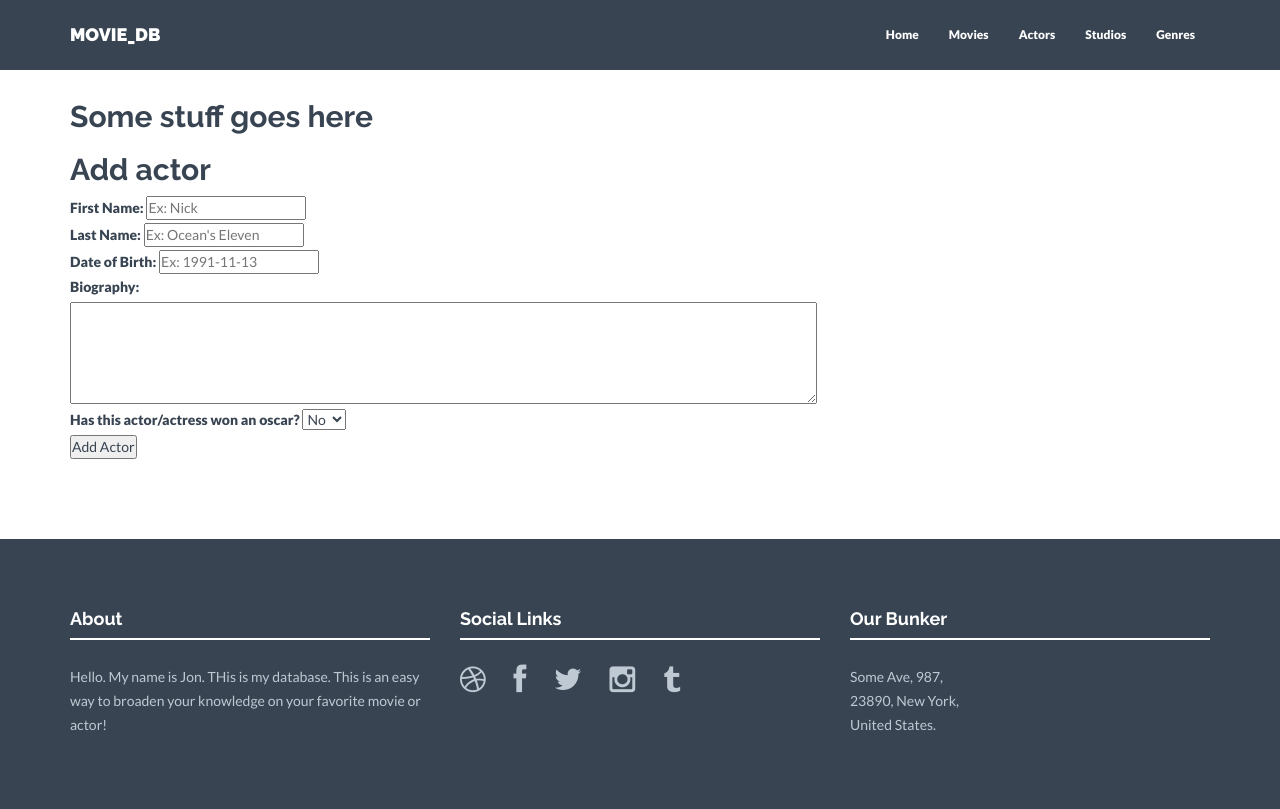
Repository: jonak91/Buzzerd-index
Page: http://localhost/add_actor.php
The author's editor kept a record of every edit. The page is drawn from the files as they stood at one moment, then again after the next edit.
The browser window is 1280 px wide. The pictures show the whole page.
Some web libraries are served in a nearby version. The page is run by PHP 8.4 with error messages shown; the project is at /var/www/html/.

Above is the page before.
Not found: assets/js/modernizr.js

### add_actor.php
<?php require_once( 'incl/functions.php' ); ?>
<?php require_once( 'incl/header.php' ); ?>

 <div class="container mtb">
	 	<div class="row">

	 		<?php
			  if(isset($_POST['submit'])){
					add_actor($_POST);
				}
		?>

	 		<! -- MAIN CONTENAT AREA -->
	 		<div class="col-lg-8">
		 			<h2>Some stuff goes here</h2>
						<h2>Add actor</h2>
						<form method="post" name="add_actor">
								<div>
									<label for="first_name">First Name:</label> <input type="text" name="first_name" placeholder="Ex: Nick" />
								</div>
								<div>
									<label for="last_name">Last Name:</label> <input type="text" name="last_name" placeholder="Ex: Ocean's Eleven" />
								</div>
								<div>
									<label for="dob">Date of Birth:</label> <input type="text" name="dob" placeholder="Ex: 1991-11-13" />
								</div>
								<div>
									<label for="bio">Biography:</label> <textarea name="bio" rows="5" cols="100"></textarea>
								</div>
								<div>
								<label for="won_oscar"> Has this actor/actress won an oscar?</label>
									<select name="won_oscar">
										<option value="0">No</option>
										<option value="1">Yes</option>
									</select>
							</div>
							<input type="submit" name="submit" value="Add Actor" />
						</form>


			</div><! --/ MAIN CONTENT AREA -->
	 	</div><! --/row -->
	 </div><! --/container -->

<?php require_once( 'incl/footer.php' ); ?>

### incl/functions.php
<?php
require_once('database.php');

$host= '127.0.0.1';
$u= 'jonak91';
$p = '';
$d= 'movies';

global $db;
$db= new Database($d, $u, $p, $host);

function get_movies(){
	$db = $GLOBALS['db'];
	$results = $db->query("SELECT * FROM movies"); //updated
	return $db->resToArray($results);
}

function get_actors(){
	$db= $GLOBALS['db'];
	$results = $db->query("SELECT * FROM actors ORDER BY 'first_name'"); //updated
	return $db->resToArray($results);
}

function get_studios(){
	$db= $GLOBALS['db'];
	$results = $db->query("SELECT * FROM studio"); //updated
	return $db->resToArray($results);
}

function get_genres(){
	$db= $GLOBALS['db'];
	$results = $db->query("SELECT * FROM genre"); //updated
	return $db->resToArray($results);
}

function get_movie($mID){
	$db= $GLOBALS['db'];
	$query= "SELECT * FROM movies WHERE mID = '$mID'"; //updated
	return $db->get_row($query);
}

function get_actor($aID){
	$db= $GLOBALS['db'];
	$query= "SELECT * FROM actors WHERE aID = '$aID'"; //updated
	return $db->get_row($query);
}

function get_studio($sID){
	$db= $GLOBALS['db'];
	$query= "SELECT * FROM studio WHERE sID = '$sID'"; //updated
	return $db->get_row($query);
}

function get_genre($gID){
	$db= $GLOBALS['db'];
	$query= "SELECT * FROM genre WHERE gID = '$gID'"; //updated
	return $db->get_row($query);
}

function get_moviesfromstudio($id){  //works
	$db= $GLOBALS['db'];
	$results= $db->query("SELECT * FROM movies JOIN studio ON movies.studioID = studio.sID WHERE studio.sID = '$id'");
	return $db->resToArray($results);
}






















function add_movie($info){
	$db= $GLOBALS['db'];
	extract($info);
	$submitted= $db->query("INSERT INTO movies VALUES('', '$title', '$year_released', '$synopsis', '$was_novel', '$studioID', CURRENT_TIMESTAMP)");

	if($submitted){
		print "<h3>$title submitted!</h3>";
	}
}

function add_actor($info){
	$db= $GLOBALS['db'];
	extract($info);
	$submitted= $db->query("INSERT INTO actors VALUES('', '$first_name', '$last_name', '$dob', '$bio', '$won_oscar', CURRENT_TIMESTAMP)");

	if($submitted){
		print "<h3>$first_name $last_name submitted!</h3>";
	}
}

function add_genre($info){
	$db= $GLOBALS['db'];
	extract($info);
	$submitted= $db->query("INSERT INTO movie_genre VALUES('', '$mgID', '$movieID', '$genreID', CURRENT_TIMESTAMP)");

	if($submitted){
		print "<h3>$title submitted!</h3>";
	}
}

function add_studio($info){
	$db= $GLOBALS['db'];
	extract($info);
	$submitted= $db->query("INSERT INTO studio VALUES('', '$sID', '$name', '$city', '$state', '$zip', CURRENT_TIMESTAMP)");

	if($submitted){
		print "<h3>$title submitted!</h3>";
	}
}

function print_array( $a ) {
?>
  <pre>
  <?php var_dump( $a ); ?>
  </pre>
<?php
}
?>

### incl/database.php
<?php
class Database{
        var $dbName;
        var $user;
        var $password;
        var $host;
        var $lastID;
        var $dbConn;

        //constructor
        function __construct($db, $u, $p, $h){
                $this->dbName= $db;
                $this->user= $u;
                $this->password= $p;
                $this->host= $h;

                //metadata to get entire table list?
        }

        //any query
        function query($query){
                        $this->dbConn= new mysqli($this->host, $this->user, $this->password, $this->dbName);
                        if($this->dbConn->connect_errno > 0){
                                die('Unable to connect to database [' . $dbh->connect_error . ']');
                        }

                        $result= $this->dbConn->query($query) or die('There was an error running the query [' . $this->dbConn->error . ']');
                        $this->lastID= $this->dbConn->insert_id;
                        $this->dbConn->close();

                        return $result;
        }

        function resToArray($res){
                $data= array();
                while($info= mysqli_fetch_assoc($res)){
                        $data[]= $info;
                }

                return $data;
        }

        function get_column($query){

                $res= $this->query($query);

                $data= array();

                while($info= mysqli_fetch_assoc($res)){
                        $key= array_keys($info);
                        $key= $key[0];
                        $data[]= $info[$key];
                }

                return $data;
        }

        function get_row($query){
                $res= $this->query($query);
                $res= $this->resToArray($res);

            return ($res == false) ? $res : $res[0];
        }

        function get_var($query){
                $res= $this->query($query);

                $info= mysqli_fetch_array($res);

                return $info[0];
        }


        function get_mysql_timestamp(){
                return date('Y-m-d H:i:s', time());
        }

        function print_array( $a ) {
        ?>
          <pre>
          <?php var_dump( $a ); ?>
          </pre>
        <?php
        }


        function clean_array($info){
                foreach($info as $key => $val){
                        $info["$key"]= $this->clean($val);
                }

                return $info;
        }


        function clean($a){
                $this->dbConn= new mysqli($this->host, $this->user, $this->password, $this->dbName);
                $a= $this->dbConn->real_escape_string($a);
                $this->dbConn->close();

                return $a;
        }

}


?>

### incl/header.php
<!DOCTYPE html>
<html lang="en">
  <head>
    <meta charset="utf-8">
    <meta http-equiv="X-UA-Compatible" content="IE=edge">
    <meta name="viewport" content="width=device-width, initial-scale=1">
    <meta name="description" content="">
    <meta name="author" content="">
    <link rel="shortcut icon" href="assets/ico/favicon.ico">

    <title>SOLID - Bootstrap 3 Theme</title>

    <!-- Bootstrap core CSS -->
    <link href="assets/css/bootstrap.css" rel="stylesheet">

    <!-- Custom styles for this template -->
    <link href="assets/css/style.css" rel="stylesheet">
    <link href="assets/css/font-awesome.min.css" rel="stylesheet">


    <!-- Just for debugging purposes. Don't actually copy this line! -->
    <!--[if lt IE 9]><script src="../../assets/js/ie8-responsive-file-warning.js"></script><![endif]-->

    <!-- HTML5 shim and Respond.js IE8 support of HTML5 elements and media queries -->
    <!--[if lt IE 9]>
      <script src="https://oss.maxcdn.com/libs/html5shiv/3.7.0/html5shiv.js"></script>
      <script src="https://oss.maxcdn.com/libs/respond.js/1.4.2/respond.min.js"></script>
    <![endif]-->

    <script src="assets/js/modernizr.js"></script>
  </head>

  <body>

    <!-- Fixed navbar -->
    <div class="navbar navbar-default navbar-fixed-top" role="navigation">
      <div class="container">
        <div class="navbar-header">
          <button type="button" class="navbar-toggle" data-toggle="collapse" data-target=".navbar-collapse">
            <span class="sr-only">Toggle navigation</span>
            <span class="icon-bar"></span>
            <span class="icon-bar"></span>
            <span class="icon-bar"></span>
          </button>
          <a class="navbar-brand" href="index.php">MOVIE_DB</a>
        </div>
        <div class="navbar-collapse collapse navbar-right">
          <ul class="nav navbar-nav">
            <li><a href="index.php">Home</a></li>
            <li><a href="movies.php">Movies</a></li>
            <li><a href="actors.php">Actors</a></li>
            <li><a href="studios.php">Studios</a></li>
            <li><a href="genres.php">Genres</a></li>
          </ul>
        </div><!--/.nav-collapse -->
      </div>
    </div>

### incl/footer.php


	<!-- *****************************************************************************************************************
	 FOOTER
	 ***************************************************************************************************************** -->
	 <div id="footerwrap">
	 	<div class="container">
		 	<div class="row">
		 		<div class="col-lg-4">
		 			<h4>About</h4>
		 			<div class="hline-w"></div>
		 			<p>Hello. My name is Jon. THis is my database. This is an easy way to broaden your knowledge on your favorite movie or actor!</p>
		 		</div>
		 		<div class="col-lg-4">
		 			<h4>Social Links</h4>
		 			<div class="hline-w"></div>
		 			<p>
		 				<a href="#"><i class="fa fa-dribbble"></i></a>
		 				<a href="#"><i class="fa fa-facebook"></i></a>
		 				<a href="#"><i class="fa fa-twitter"></i></a>
		 				<a href="#"><i class="fa fa-instagram"></i></a>
		 				<a href="#"><i class="fa fa-tumblr"></i></a>
		 			</p>
		 		</div>
		 		<div class="col-lg-4">
		 			<h4>Our Bunker</h4>
		 			<div class="hline-w"></div>
		 			<p>
		 				Some Ave, 987,<br/>
		 				23890, New York,<br/>
		 				United States.<br/>
		 			</p>
		 		</div>

		 	</div><! --/row -->
	 	</div><! --/container -->
	 </div><! --/footerwrap -->

    <!-- Bootstrap core JavaScript
    ================================================== -->
    <!-- Placed at the end of the document so the pages load faster -->
    <script src="https://ajax.googleapis.com/ajax/libs/jquery/1.11.0/jquery.min.js"></script>
    <script src="assets/js/bootstrap.min.js"></script>
	<script src="assets/js/retina-1.1.0.js"></script>
	<script src="assets/js/jquery.hoverdir.js"></script>
	<script src="assets/js/jquery.hoverex.min.js"></script>
	<script src="assets/js/jquery.prettyPhoto.js"></script>
  	<script src="assets/js/jquery.isotope.min.js"></script>
  	<script src="assets/js/custom.js"></script>


  </body>
</html>

### assets/css/style.css
/*	################################################################

	Author: Carlos Alvarez
	URL: http://alvarez.is

	Project Name: SOLID - Bootstrap 3 Theme
	Version: 1.0
	URL: http://alvarez.is

################################################################# */
@import url(http://fonts.googleapis.com/css?family=Raleway:400,700,900);
@import url(http://fonts.googleapis.com/css?family=Lato:400,900);
@import url("prettyPhoto.css") screen;
@import url("hoverex-all.css") screen;

/*	################################################################
	1. GENERAL STRUCTURES
################################################################# */
	* {
		margin: 0;
		padding: 0px;
	}

body {
	background: #ffffff;
	margin: 0;
	height: 100%;
	color: #384452;
	font-family: 'Lato', sans-serif;
	font-weight: 400;
	}

h1, h2, h3, h4, h5, h6 {
	font-family: 'Raleway', sans-serif;
	font-weight: 700;
}

p {
	padding: 0;
	margin-bottom: 12px;
	font-family: 'Lato', sans-serif;
	font-weight: 400;
	font-size: 14px;
	line-height: 24px;
	color: #384452;
	margin-top: 10px;
}

img {
	height: auto;
	max-width: 100%;
}

a {
	padding: 0;
	margin: 0;
	text-decoration: none;
	-webkit-transition: background-color .4s linear, color .4s linear;
	-moz-transition: background-color .4s linear, color .4s linear;
	-o-transition: background-color .4s linear, color .4s linear;
	-ms-transition: background-color .4s linear, color .4s linear;
	transition: background-color .4s linear, color .4s linear;
}
a:hover,
a:focus {
  text-decoration: none;
  color:#01b2fe;
}

::-moz-selection  {
	color: #fff;
	text-shadow:none;
	background:#2B2E31;
}
::selection {
	color: #fff;
	text-shadow:none;
	background:#2B2E31;
}

.centered {
	text-align: center
}

/*	################################################################
	BOOTSTRAP MODIFICATIONS & TWEAKS
################################################################# */
.navbar {
	min-height: 70px;
	padding-top: 10px;
	margin-bottom: 0px;
}

.navbar-brand {
	font-family: 'Raleway', sans-serif;
	font-weight: 900;
}

.navbar-header .navbar-brand {
	color: white;
}

.navbar-default .navbar-nav > li > a {
	color: white;
	font-weight: 700;
	font-size: 12px;
}

.navbar-default .navbar-nav > li > a:hover {
	color: #00b3fe;
}

.navbar-default .navbar-nav > .active > a, .navbar-default .navbar-nav > .active > a:hover, .navbar-default .navbar-nav > .active > a:focus {
	color: #00b3fe;
	background-color: transparent;
}

.navbar-default {
	background-color: #384452;
	border-color: transparent;
}

.dropdown-menu {
	background: #384452;
}

.dropdown-menu > li > a {
	color: white;
	font-weight: 700;
	font-size: 12px;
}

.btn-theme {
  color: #fff;
  background-color: #384452;
  border-color: #384452;
  margin: 4px;
}
.btn-theme:hover,
.btn-theme:focus,
.btn-theme:active,
.btn-theme.active,
.open .dropdown-toggle.btn-theme {
  color: #fff;
  background-color: #00b3fe;
  border-color: #00b3fe;
}

.dmbutton:hover,
.dmbutton:active,
.dmbutton:focus{
	color: #ffffff;
	background-color: #222222;
	border-color: #ffffff;
}
.dmbutton {
	background:rgba(0, 0, 0, 0);
	border: 1px solid #ffffff;
	color: #ffffff;
	-webkit-border-radius: 2px;
	border-radius: 2px;
	padding-top: 1.025rem;
	padding-right: 2.25rem;
	letter-spacing:0.85px;
	padding-bottom: 1.0875rem;
	padding-left: 2.25rem;
	font-size: 1.55rem;
	cursor: pointer;
	font-weight: normal;
	line-height: normal;
	margin: 0 0 1.25rem;
	text-decoration: none;
	text-align: center;
	display: inline-block;
	-webkit-transition: background-color 300ms ease-out;
	-moz-transition: background-color 300ms ease-out;
	transition: background-color 300ms ease-out;
	-webkit-appearance: none;
	font-weight: normal !important;
}

.mtb {
	margin-top: 80px;
	margin-bottom: 80px;
}

.mb {
	margin-bottom: 60px;
}

.mt {
	margin-top: 60px;
}

.hline {
	border-bottom: 2px solid #384452;
}

.hline-w {
	border-bottom: 2px solid #ffffff;
	margin-bottom: 25px;
}
/*	################################################################
	SITE WRAPS
################################################################# */

#headerwrap {
	background-color: #00b3fe;
	min-height: 550px;
	padding-top: 100px;
	padding-bottom: 0px;
	text-align: center;
}

#headerwrap h3, h5 {
	color: white;
	font-weight: 400;
}

#headerwrap h1 {
	color: white;
	margin-bottom: 25px;
}

#headerwrap .img-responsive {
	margin: 0 auto;
}

/* Services Wrap */
#service {
	margin-top: 100px;
	margin-bottom: 80px;
}

#service i {
	color: #00b3fe;
	font-size: 60px;
	padding: 15px;
}

/* Portfolio Wrap */
#portfoliowrap {
	padding-top: 60px;
	margin-bottom: 60px;
	display: block;
	text-align: center
}

#portfoliowrap h3 {
	margin-bottom: 25px;
}

.portfolio {
	padding:0 !important;
	margin:0 !important;
	display:block;
}


.portfolio-item .title:before {border-radius:0; display:none}
.portfolio-item p {margin:0px 0 30px;}
.portfolio-item h3 {margin:-10px 0 10px; font-size:16px; text-transform:uppercase;}


.tpl6 h3
{
	color:#fff;
	margin:0;
	padding:40px 5px 0;
	font-size:16px;
	text-transform:uppercase;
}
.tpl6 .dmbutton
{
	display:inline-block;
	margin:30px 5px 20px 5px;
	font-size:13px;
}

.tpl6 .bg
{
	height:100%;
	width:100%;
	background-color:#00b3fe;
	background-color:rgba(0,179,254,.9);
	text-align:center;
}

/* Testimonials Wrap */
#twrap {
	background: url(../img/t-back.jpg) no-repeat center top;
	margin-top: 0px;
	padding-top:60px;
	text-align:center;
	background-attachment: relative;
	background-position: center center;
	min-height: 450px;
	width: 100%;

    -webkit-background-size: 100%;
    -moz-background-size: 100%;
    -o-background-size: 100%;
    background-size: 100%;

    -webkit-background-size: cover;
    -moz-background-size: cover;
    -o-background-size: cover;
    background-size: cover;
}

#twrap i {
	font-size: 50px;
	color: white;
	margin-bottom: 25px;
}

#twrap p {
	color: white;
	font-size: 15px;
	line-height: 30px;
}

/* clients logo */
#cwrap {
	background: #f7f7f7;
	margin-top: 0px;
	padding-top: 80px;
	padding-bottom: 100px;
}

#cwrap h3 {
	margin-bottom: 60px;
}

/* Footer */
#footerwrap {
	padding-top: 60px;
	padding-bottom: 60px;
	background: #384452;
}

#footerwrap p {
	color: #bfc9d3;
}

#footerwrap h4 {
	color: white;
}

#footerwrap i {
	font-size: 30px;
	color: #bfc9d3;
	padding-right: 25px;
}

#footerwrap i:hover {
	color: #00b3fe
}

/*	################################################################
	PAGE CONFIGURATIONS
################################################################# */
/* General Tweaks */

#blue {
	background: #00b3fe;
	margin-top: 60px;
	margin-bottom: 60px;
	padding-top: 25px;
	padding-bottom: 25px;
}

#blue h3 {
	color: white;
	margin-left: 15px;
}

.ctitle {
	color: #00b3fe;
	font-weight: 700;
	margin-bottom: 15px;
}

csmall {
	font-size: 12px;
	color: #b3b3b3;
}
csmall2 {
	font-size: 12px;
	color: #f39c12
}

.spacing {
	margin-top: 40px;
	margin-bottom: 40px;
}

.badge-theme {
	background: #00b3fe;
}

/* Contact Page */
#contactwrap {
	background: url(../img/contact.jpg) no-repeat center top;
	margin-top: -60px;
	padding-top:0px;
	text-align:center;
	background-attachment: relative;
	background-position: center center;
	min-height: 400px;
	width: 100%;

    -webkit-background-size: 100%;
    -moz-background-size: 100%;
    -o-background-size: 100%;
    background-size: 100%;

    -webkit-background-size: cover;
    -moz-background-size: cover;
    -o-background-size: cover;
    background-size: cover;
}

/* Blog Page */
.popular-posts {
	margin: 0px;
	padding-left: 0px;
	}

.popular-posts li {
	list-style: none;
	margin-bottom: 20px;
	min-height: 70px;
}
.popular-posts li a,
.popular-posts li a:hover {
	color:#2f2f2f;
	text-decoration: none;
	}

.popular-posts li img {
	float: left;
	margin-right: 20px;
	}

.popular-posts li em {
	font-family: 'Lato', sans-serif;
	font-size: 12px;
	color: #b3b3b3
	}

.popular-posts p {
	line-height: normal;
	margin-bottom: auto;
}

.share i {
	padding-right: 15px;
	font-size: 18px;
}

Loaded but not shown: assets/css/bootstrap.css (library); assets/css/font-awesome.min.css (library); assets/js/bootstrap.min.js (library); assets/js/jquery.hoverdir.js (library); assets/js/jquery.hoverex.min.js (library); assets/js/jquery.prettyPhoto.js (library); assets/js/jquery.isotope.min.js (library); assets/js/custom.js (common file); assets/js/retina-1.1.0.js (151 lines, source omitted); assets/css/hoverex-all.css (2838 lines, source omitted); assets/css/prettyPhoto.css (170 lines, source omitted)

After the next edit:
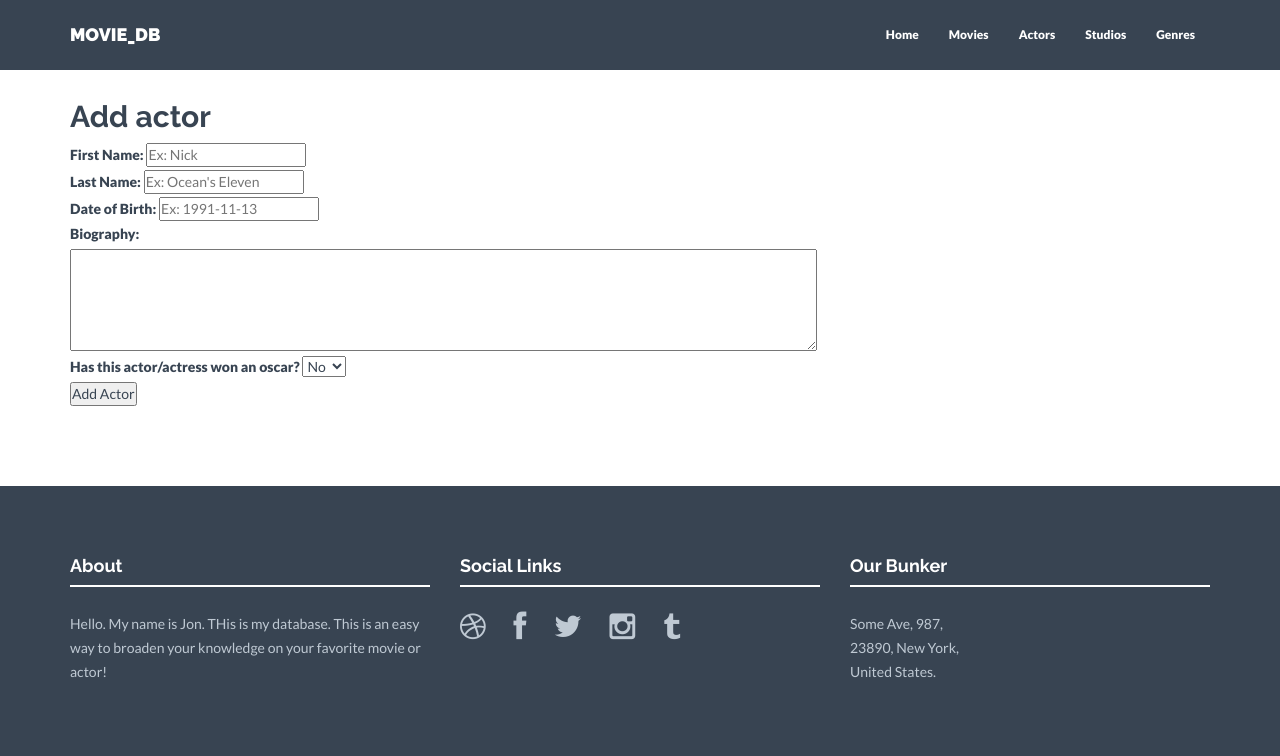
The edit:
--- a/add_actor.php
+++ b/add_actor.php
@@ -12,7 +12,6 @@
 
 	 		<! -- MAIN CONTENAT AREA -->
 	 		<div class="col-lg-8">
-		 			<h2>Some stuff goes here</h2>
 						<h2>Add actor</h2>
 						<form method="post" name="add_actor">
 								<div>
